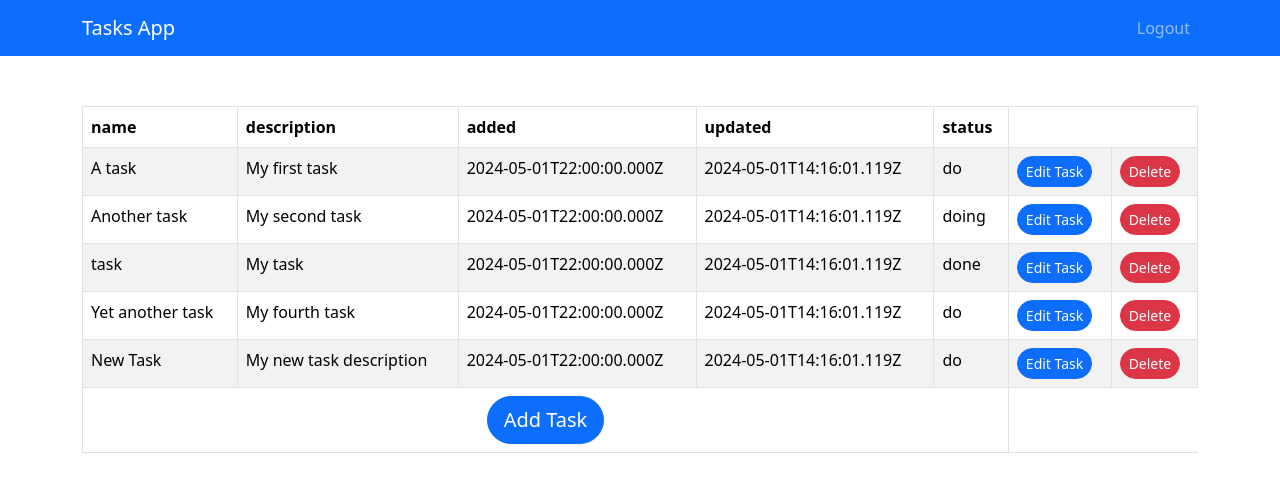
Repository: trider/react-task-manager
Page: /#/tasks
An editor plug-in stored every save of this project. The page is shown before and after the next save, followed by the edit.
The browser window is 1280 px wide. The pictures show the whole page.
The project was rebuilt for these pictures with package versions that can differ from the ones it lists, and the page was loaded fresh each time. Also part of the build but not shown: src/App.css, src/data/_Users.js, src/pages/Login.js.

Above is the page before, as saved 2024-05-06 15:47:08.

### src/App.js
// import logo from './logo.svg';
import './App.css';
import 'bootstrap/dist/css/bootstrap.min.css';
// import { BrowserRouter, Routes, Route } from "react-router-dom";
import {HashRouter as Router, Routes, Route} from "react-router-dom";
import LoginForm from "./pages/Login";
import TaskList from "./pages/Task";

// const path = process.env.REACT_APP_FOR_PATH;

function App() {
  return (
    <div>
      <Router baseline="/">
        <Routes>
          <Route index element={<LoginForm />} />
            <Route path="login" element={<LoginForm />} />
            <Route path="tasks" element={<TaskList />} />
        </Routes>
      </Router>
    </div>
  );
}

export default App;

### src/pages/Task.js
import * as React from 'react';
import Table from 'react-bootstrap/Table';
import Container from 'react-bootstrap/Container';
import ModalComponent from '../components/Modal';
import userTasks from '../data/_Tasks';
import tableCols from '../data/_Cols';
import NavbarComponent from '../components/Navigation';
import Button from 'react-bootstrap/Button';



const TaskTable = () => {
  return (
    <div>
      <Table striped bordered hover size="lg">
      <thead>
        <tr>
          {tableCols.map((col) => (
            <th key={col}>{col}</th>
          ))}
           <th colSpan={"2"}></th>
        </tr>
      </thead>
      <tbody>
        {userTasks.map((task) => (
          <tr key={task.id}>
            {tableCols.map((col) => (
              <td key={col}>{task[col]}</td>
            ))}
            <td >


            <ModalComponent title={'Edit Task'} size={'sm'} />
            </td>
            <td>
            <Button  variant="danger rounded-pill" size='sm' >
            Delete
          </Button>
            </td>
          </tr>
        ))}

      </tbody>
      <tfoot>
        <tr>
          <td colSpan={tableCols.length } style={{backgroundColor:"white"}}>
          <div className="d-grid gap-2 d-md-flex justify-content-md-center">
            <ModalComponent title={'Add Task'} size={'lg'}/>
           </div>
          </td>
        </tr>
      </tfoot>
    </Table>




    </div>
  );
}


const TaskList = () => {
  return (
    <div>

    <NavbarComponent />
    <Container style={{marginTop:"50px"}}>
      <TaskTable />
    </Container>
    </div>
  );
}

export default TaskList;

### src/components/Modal.js
import { useState } from 'react';
import Button from 'react-bootstrap/Button';
import Modal from 'react-bootstrap/Modal';

const ModalComponent = (props) => {
  const [show, setShow] = useState(false);

  const handleClose = () => setShow(false);
  const handleShow = () => setShow(true);
  return (
    <div>
      <Button variant="primary" onClick={handleShow} className='rounded-pill' size={props.size}>
        {props.title}
      </Button>

      <Modal show={show} onHide={handleClose}>
        <Modal.Header closeButton>
          <Modal.Title>{props.title}</Modal.Title>
        </Modal.Header>
        <Modal.Body>
          Woohoo, you are reading this text in a modal!
          <div className='bg-primary text-light text-center' style={{ marginTop: '10px'}}>
          <Button  variant="primary rounded-pill" onClick={handleClose} size={props.size} >
            Submit
          </Button>


          </div>


          </Modal.Body>
        {/* <Modal.Footer>


        <div className='bg-primary text-light text-center' >
          <Button  variant="primary" onClick={handleClose}>
            Submit
          </Button>
          </div>
        </Modal.Footer> */}
      </Modal>
    </div>
  );
}

export default ModalComponent;

### src/data/_Tasks.js
const userTasks= [
 {
   id: "6630ab326e723ac1ea6dce7a",
   description: "My first task",
   name: "A task",
   taskId: 1,
   user: "jonnygold",
   added: "2024-05-01T22:00:00.000Z",
   updated: "2024-05-01T14:16:01.119Z",
   status: "do",
   isActive: true
 },
 {
   id: "6630fe5d6e723ac1ea6dce7e",
   description: "My second task",
   name: "Another task",
   taskId: 2,
   user: "jonnygold",
   added: "2024-05-01T22:00:00.000Z",
   updated:"2024-05-01T14:16:01.119Z",
   status: "doing",
   isActive: true
 },
 {
   id: "6630fe826e723ac1ea6dce7f",
   description: "My task",
   name: "task",
   taskId: 3,
   user: "jonnygold",
   added: "2024-05-01T22:00:00.000Z",
   updated:"2024-05-01T14:16:01.119Z",
   status: "done",
   isActive: true
 },
 {
   id: "6631f17cc4c9b7f5ab3c28c3",
   name: "Yet another task",
   description: "My fourth task",
   user: "jonnygold",
   taskId: 4,
   added: "2024-05-01T22:00:00.000Z",
   updated:"2024-05-01T14:16:01.119Z",
   isActive: true,
   status: "do",

 },
 {
   id: "66323f0d54b80929f84ebdd2",
   user: "jonnygold",
   name: "New Task",
   description: "My new task description",
   status: "do",
   taskId: 5,
   added: "2024-05-01T22:00:00.000Z",
   updated:"2024-05-01T14:16:01.119Z",
   isActive: true,
 }

]

export default userTasks

### src/data/_Cols.js
const tableCols = [
 'name',
 'description',
 'added',
 'updated',
 'status',
];

export default tableCols

### src/components/Navigation.js
import * as React from 'react';
import Container from 'react-bootstrap/Container';
import Nav from 'react-bootstrap/Nav';
import Navbar from 'react-bootstrap/Navbar';






const NavbarComponent = () => {
  return (
    <Navbar bg="primary" expand="lg" data-bs-theme="dark">
      <Container>
        <Navbar.Brand href="#home">Tasks App</Navbar.Brand>
        <Navbar.Toggle aria-controls="basic-navbar-nav" />
        <Navbar.Collapse id="basic-navbar-nav">
          <Nav className="me-auto" >
          </Nav>
          <Nav>
            <Nav.Link href="/login">Logout</Nav.Link>
          </Nav>
        </Navbar.Collapse>
      </Container>
    </Navbar>
  );
}



export default NavbarComponent;

Loaded but not shown: public/index.html (common file); src/index.js (common file); src/index.css (common file); src/reportWebVitals.js (common file)

After the next save:
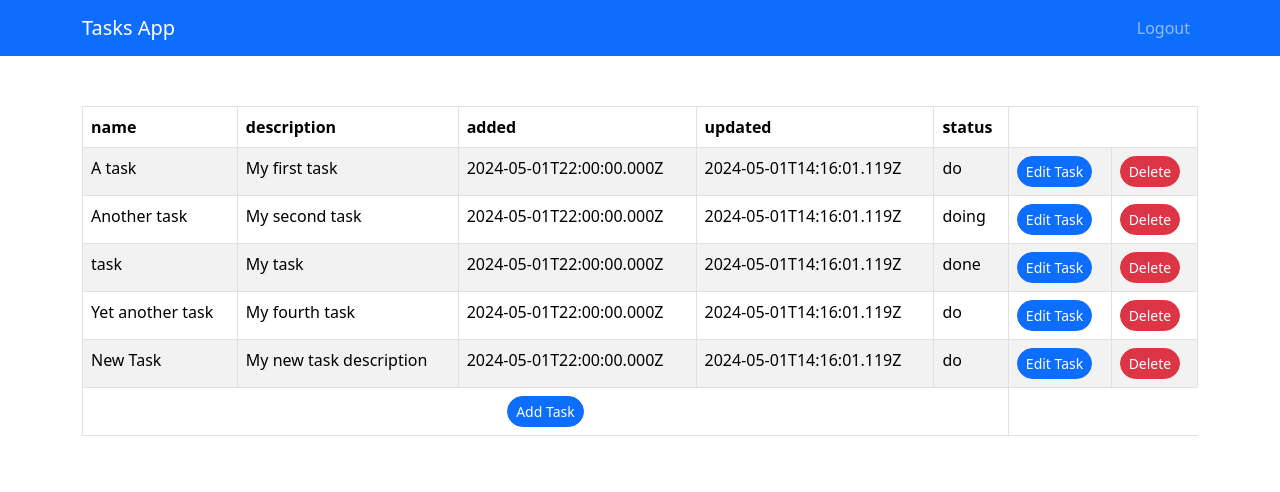
Saved 13 s later.
--- a/src/pages/Task.js
+++ b/src/pages/Task.js
@@ -45,7 +45,7 @@ const TaskTable = () => {
         <tr>
           <td colSpan={tableCols.length } style={{backgroundColor:"white"}}>
           <div className="d-grid gap-2 d-md-flex justify-content-md-center">
-            <ModalComponent title={'Add Task'} size={'lg'}/>
+            <ModalComponent title={'Add Task'} size={'sm'}/>
            </div>
           </td>
         </tr>
